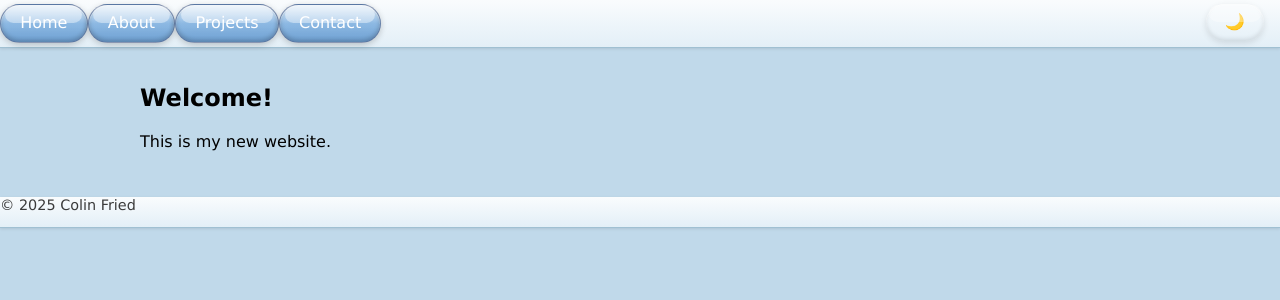
Repository: colinfdsaui/colin
Page: website.html
The author's editor kept a copy of each file at every save. The page is drawn from the files as they stood at one save, then again after the next save.
The browser window is 1280 px wide. The pictures show the whole page.

Above is the page before, as saved 2025-07-09 09:37:00.

### website.html
<!DOCTYPE html>
<html lang="en">
<head>
  <meta charset="UTF-8"/>
  <meta name="viewport" content="width=device-width, initial-scale=1.0"/>
  <title>My Website</title>

  <!-- Styles -->
  <link rel="stylesheet" href="styles.css"/>

  <!-- Site JS (deferred) -->
  <script src="scripts/main.js" defer></script>

  <!-- Global MathJax config -->
  <script>
    window.MathJax = {
      tex: {
        inlineMath: [['$', '$'], ['\\(', '\\)']],
        displayMath: [['\\[', '\\]'], ['$$', '$$']],
        processEscapes: true
      },
      svg: { fontCache: 'global' }
    };
  </script>
  <!-- Load MathJax v3 -->
  <script src="https://cdn.jsdelivr.net/npm/mathjax@3/es5/tex-svg.js" defer></script>
</head>

<body>
  <!-- Header / Nav -->
  <header>
    <nav>
        <ul class="nav-links">
            <li><a class="active" href="website.html">Home</a></li>
            <li><a href="about.html">About</a></li>
            <li><a href="projects.html">Projects</a></li>
            <li><a href="test.html">Contact</a></li>
        </ul>
        <button id="theme-toggle" aria-label="Toggle dark mode">🌙</button>
    </nav>
</header>

  <!-- Main Content -->
  <main>
    <section id="hero">
      <h2>Welcome!</h2>
      <p>This is my new website.</p>
    </section>
  </main>

  <!-- Footer -->
  <footer>
    <p>© 2025 Colin Fried</p>
  </footer>
</body>
</html>

### styles.css
/* ====================
   Global & layout
   ==================== */

/* 1) Define your palette once, at the top of your main stylesheet */
/* ─── Light (default) ───────────────────────────────────────────────────────── */
:root {
  --color-bg-primary:      #c0d9ea;
  --color-bg-secondary:    #e3eff7;
  --color-bg-highlight:    #fffffd;
  --color-accent:          #8db9e3;
  --color-accent-dark:     #6b8cb4;
  --color-text-primary:    #000000;
  --color-text-secondary:  #3b3b3b;
  --color-text-inverse:    #ffffff;
  --color-border:          #a0c0d2;
  --color-shadow:          rgba(0,0,0,0.1);
  --btn-grad-top:       rgba(255,255,255,0.8);  /* glossy highlight */
  --btn-grad-mid:       rgba(141,185,227,0.9);  /* mid‑tone Aqua */
  --btn-grad-bottom:    rgba(110,160,210,1);    /* deeper base */
  /* lighter highlight shadow */
  --color-shadow-light:  rgba(255,255,255,0.6);
  /* darker inset on hover */
  --color-shadow-hover:  rgba(0,0,0,0.3);
  /* darker inset on active */
  --color-shadow-active: rgba(0,0,0,0.2);
}

/* ─── Dark theme overrides ──────────────────────────────────────────────────── */
html[data-theme="dark"] {
  /* Deep “ocean” base */
  --color-bg-primary:      #1f2933;   /* midnight‑blue with teal hint */
  /* Slightly lighter panels & surfaces */
  --color-bg-secondary:    #273645;
  --color-bg-highlight:    #2e3d55;   /* subtle lift for cards/panels */

  /* Aqua‐accent pops */
  --color-accent:          #3fa9f5;   /* sky‑blue */
  --color-accent-dark:     #1e70c7;   /* rich sapphire */

  /* Text tones */
  --color-text-primary:    #d7e7f1;   /* pale ice */
  --color-text-secondary:  #9cb4cc;   /* muted steel blue */
  --color-text-inverse:    #000000;   /* for accent on bright buttons */

  /* Borders & dividers */
  --color-border:          #3a4a5f;   /* faded charcoal */

  /* Shadows */
  --color-shadow:          rgba(0,0,0,0.6); /* deeper shadow for depth */
  --btn-grad-top:       rgba(255,255,255,0.2);  /* subtler highlight */
  --btn-grad-mid:       var(--color-accent);    /* use your dark accent */
  --btn-grad-bottom:    var(--color-accent-dark);
  --color-shadow-light:  rgba(255,255,255,0.3);
  --color-shadow-hover:  rgba(0,0,0,0.5);
  --color-shadow-active: rgba(0,0,0,0.4);
}


#theme-toggle {
  position: fixed;
  top: 0.25rem;
  right: 1rem;
  background: transparent;
  border: none;
  font-size: 1rem;
  cursor: pointer;
  color: var(--color-text-primary);
}

/* ─── Shelf Glow in Dark Mode ─────────────────────────────────────────────── */
html[data-theme="dark"] .shelf::before {
  /* Front face: replace cast shadow with an outward glow */
  box-shadow:
    0 0 8px rgba(63, 169, 245, 0.6),    /* blue halo */
    inset 0 2px 4px rgba(255,255,255,0.2);
}

html[data-theme="dark"] .shelf::after {
  /* Top face: add a soft rim‑light */
  box-shadow:
    0 -2px 4px rgba(63, 169, 245, 0.5),   /* upward glow */
    inset 0 -1px 2px rgba(0,0,0,0.2);
}

/* ─── Book‑item Glow in Dark Mode ─────────────────────────────────────────── */
html[data-theme="dark"] .book-item img {
  /* replace the dark drop‑shadow with a subtle blue glow */
  box-shadow:
    0 0 5px rgba(63,169,245,0.6),   /* ambient glow */
    inset 0 0 6px rgba(63,169,245,0.4); /* soft inner rim‑light */
  transition: box-shadow 0.3s ease, transform 0.2s ease;
}

html[data-theme="dark"] .book-item:hover img {
  /* intensify the glow on hover */
  box-shadow:
    0 0 20px rgba(63,169,245,0.8),
    inset 0 0 8px rgba(63,169,245,0.6);
  transform: scale(1.12) translateY(-4px);
}

body {
  margin:            0;
  padding:           0;
  font-family:       "Lucida Grande", -apple-system, BlinkMacSystemFont, sans-serif;
  background-color:  var(--color-bg-primary);
  color:             var(--color-text-primary);
}

/* Header & Footer with gradient, borders & shadow */
header,
footer {
  background-color:  var(--color-bg-secondary);
  background-image:  linear-gradient(
                       to bottom,
                       rgba(255,255,255,0.8),
                       var(--color-bg-secondary)
                     );
  background-repeat: no-repeat;
  background-size:   cover;
  border-bottom:     1px solid var(--color-border);
  box-shadow:        0 1px 3px var(--color-shadow);
}

nav ul {
  list-style-type: none;
  margin: 0;
  padding: 0;
  display: flex;
  justify-content: left;
}

main {
  padding:    1rem;
  max-width:  1000px;
  margin:     auto;
}

footer {
  font-size:    0.9rem;
  color:        var(--color-text-secondary);
}

/* ====================
   Links as Buttons
   ==================== */

/* Turn every <a> into a button */
a {
  display:          inline-block;
  padding:          0.5em 1em;
  margin:           0.25em 0;
  background-color: var(--color-accent);
  color:            var(--color-text-inverse);
  text-decoration:  none;
  border:           1px solid var(--color-accent-dark);
  border-radius:    4px;
  font-family:      inherit;
  font-size:        1rem;
  line-height:      1.2;
  cursor:           pointer;
  box-shadow:       0 1px 2px var(--color-shadow);
  transition:       background-color 0.2s ease,
                    transform        0.1s ease;
}

/* ====================
   Aqua‑style pill buttons for <a>
   ==================== */
a {
  /* Reset/link basics */
  display:          inline-block;
  position:         relative;      /* for ::before */
  text-decoration:  none;
  color:            var(--color-text-inverse);
  font-family:      inherit;
  font-size:        1rem;
  line-height:      1.5;
  padding:          0.4em 1.2em;   /* taller for pill shape */
  margin:           0.25em 0;

  /* Pill shape + border */
  border-radius:    9999px;
  border:           1px solid rgba(75, 93, 132, 0.6);

  /* Gradient background: top → mid → bottom */
  background-image:
    linear-gradient(
      to bottom,
      rgba(255,255,255,0.8) 0%,       /* bright top */
      rgba(141,185,227,0.9) 50%,      /* mid‑blue */
      rgba(110,160,210,1) 100%        /* darker bottom */
    );

  /* Depth: inner shadow + outer glow */
  box-shadow:
    inset 0 1px 1px rgba(255,255,255,0.6),   /* light inner highlight */
    inset 0 -2px 4px rgba(0,0,0,0.2),        /* dark inner shadow */
    0 2px 6px rgba(0,0,0,0.2);               /* outer drop shadow */

  cursor:           pointer;
  transition:       transform 0.1s ease,
                    box-shadow 0.2s ease;
}

/* the glossy “shine” stripe */
a::before {
  content: "";
  position: absolute;
  top:    4%;
  left:   5%;
  width:  90%;
  height: 45%;
  border-radius: inherit;
  background: rgba(255, 255, 255, 0.4);
}

/* hover / focus lift */
a:hover,
a:focus {
  transform: translateY(-1px);
  box-shadow:
    inset 0 1px 1px rgba(255,255,255,0.6),
    inset 0 -2px 4px rgba(0,0,0,0.3),
    0 4px 8px rgba(0,0,0,0.25);
}

/* active (pressed‑in) state */
a:active {
  transform: translateY(0);
  box-shadow:
    inset 0 1px 2px rgba(0,0,0,0.2),
    0 1px 3px rgba(0,0,0,0.15);
}

/* ====================
   Global Button Styles (apply to every <button>)
   ==================== */
button {
  background-image:
    linear-gradient(
      to bottom,
      var(--btn-grad-top)    0%,
      var(--btn-grad-mid)    50%,
      var(--btn-grad-bottom) 100%
    );
  color:            var(--color-text-inverse);
  border:           1px solid var(--color-accent-dark);
  border-radius:    9999px;
  padding:          0.4em 1.2em;
  font-family:      inherit;
  font-size:        1rem;
  line-height:      1.5;
  cursor:           pointer;
  position:         relative;
  box-shadow:
    inset 0 1px 1px var(--color-shadow-light),
    inset 0 -2px 4px var(--color-shadow),
    0 2px 6px var(--color-shadow);
  transition:       transform 0.1s ease, box-shadow 0.2s ease;
}

button::before {
  content: "";
  position: absolute;
  top:    4%;
  left:   5%;
  width:  90%;
  height: 45%;
  border-radius: inherit;
  background:       var(--btn-grad-top);
  opacity:          0.4;
}

button:hover,
button:focus {
  transform: translateY(-1px);
  box-shadow:
    inset 0 1px 1px var(--color-shadow-light),
    inset 0 -2px 4px var(--color-shadow-hover),
    0 4px 8px var(--color-shadow);
}

button:active {
  transform: translateY(0);
  box-shadow:
    inset 0 1px 2px var(--color-shadow-active),
    0 1px 3px var(--color-shadow);
}

.panel {
  background-color: var(--color-bg-highlight);
  border:           1px solid var(--color-border);
  padding:          1em;
  border-radius:    6px;
}

/* ====================
   Flipbook container (existing)
   ==================== */
#flipbook,
#flipbook-wrapper {
  width:       800px;
  height:      600px;
  margin:      2rem auto;
  overflow:    hidden;
  background:  var(--color-bg-primary);
  border:      1px solid var(--color-border);
  box-shadow:  0 2px 4px var(--color-shadow);
}

/* scoped only to that instance */
#flipbook-wrapper.custom-bg #flipbook {
  background: url("pages/dust_jacket_front.png");
  background-size: contain;
}


#flipbook .page {
  width:         50%;
  height:        100%;
  float:         left;
  overflow:      hidden;
  background:    var(--color-bg-highlight);
  border-right:  1px solid var(--color-border);
  border: 1px solid rgba(0, 0, 0, 0.05); /* soft edge */
}

#flipbook .page.dummy {
  background: empty;
  pointer-events: none;
}

#flipbook .page img {
  width:       100%;
  height:      100%;
  object-fit:  scale;
  transition:  transform 0.3s ease;
}

/* Zoomed page image */
#flipbook .page img.zoomed {
  transform: scale(2);
  cursor:    zoom-out;
}

/* Full-screen zoom modal */
#zoom-modal {
  display:         none;
  position:        fixed;
  inset:           0;
  background:      rgba(0, 0, 0, 0.8);
  z-index:         9999;
  align-items:     center;
  justify-content: center;
  overflow:        auto;
}

#zoom-modal img {
  width:       150%;
  height:      150%;
  transform:   translate(-15%);
  object-fit:  contain;
}

.flipbook-controls {
  display:        flex;
  justify-content: center;  /* center items horizontally */
  align-items:    center;    /* center items vertically */
  flex-wrap:      wrap;      /* allow items to wrap onto multiple lines */
  gap:            0.5rem;    /* space between items */
  margin:         1rem 0;    /* optional vertical spacing around the controls */
}

/* Optional: normalize spacing on every direct child (buttons, inputs, labels) */
.flipbook-controls > * {
  margin: 0.25rem;
}

/* ── Shelf Container ───────────────────────────────────────────────────────── */
.shelf {
  position:       relative;
  padding-bottom: 3rem;  /* room for the plank thickness + shadow */
  margin:         2rem 0;
  perspective:    200px; /* optional for subtle depth */
}

/* Front plank face */
.shelf::before {
  content:        "";
  position:       absolute;
  bottom:         0;
  left:           0%;
  width:          101%;
  height:         1.5rem;   /* thickness of the shelf */
  background:     var(--color-accent-dark);
  border-radius:  2.5px 2.5px 6px 6px;
  box-shadow:
    0 2px 4px rgba(0, 0, 0, 0.11),    /* cast shadow below */
    inset 0 2px 4px rgba(255,255,255,0.2); /* light highlight at top edge */
  z-index:        1;
}

/* ── Shelf Plank ───────────────────────────────────────────────────────────── */
.shelf::after {
  content:        "";
  position:       absolute;
  bottom:         1.5rem;  /* sit directly on top of ::before */
  left:           0.5%;
  width:          100%;
  height:         0.5rem;  /* the “lid” thickness */
  background:     linear-gradient(
                    to bottom,
                    rgba(255,255,255,0.6),
                    var(--color-accent)
                  );
  border-radius:  6px 6px 0 0;
  box-shadow:
    inset 0 -1px 2px rgba(0,0,0,0.2); /* subtle inner shadow */
  z-index:        2;
}
/* ── Cover Gallery ─────────────────────────────────────────────────────────── */
.book-grid {
  display:            grid;
  grid-template-columns: repeat(auto-fill, minmax(160px, 1fr));
  gap:                1rem 2rem;
  padding:            2rem;
  justify-items:      center;
  z-index:  1;
}

.book-item {
  display:            flex;
  flex-direction:     column;
  align-items:        center;
  text-decoration:    none;
  color:              var(--color-text-primary);
  transition:         transform 0.2s ease, box-shadow 0.2s ease;
  background:      none !important;
  border:          none !important;
  box-shadow:      none !important;
  padding:         0 !important;
  position:        static !important;  /* neutralize position:relative */
  margin-bottom:  -3rem;     /* pulls the image down onto the shelf */
  transition:     transform 0.2s ease;
}
/* Remove the glossy pseudo‑element */
.book-item::before {
  content:        none !important;
}

.book-item img {
  width:              100%;
  height:             auto;
  max-height:         250px; /* adjust to preference */
  object-fit:         cover;
  border:             1px solid var(--color-border);
  box-shadow:         0 8px 8px rgba(0,0,0,0.1);
  border-radius:      5px;
}

.book-item .book-title {
  margin-top:         0.5rem;
  font-size:          0.9rem;
  text-align:         center;
}

.book-item:hover {
  transform:          translateY(-4px);
  box-shadow:         0 8px 16px rgba(0,0,0,0.15);
  transform: translateY(-4px);
  transform: scale(1.1);
  z-index: 10;
}

### scripts/main.js
// main.js

document.addEventListener('DOMContentLoaded', () => {
  const btn  = document.getElementById('theme-toggle');
  const root = document.documentElement;

  // On load, apply saved theme
  if (localStorage.getItem('theme') === 'dark') {
    root.setAttribute('data-theme', 'dark');
    btn.textContent = '☀️';
  }

  btn.addEventListener('click', () => {
    const isDark = root.getAttribute('data-theme') === 'dark';

    if (isDark) {
      root.removeAttribute('data-theme');
      localStorage.removeItem('theme');
      btn.textContent = '🌙';
    } else {
      root.setAttribute('data-theme', 'dark');
      localStorage.setItem('theme', 'dark');
      btn.textContent = '☀️';
    }
  });
});

After the next save:
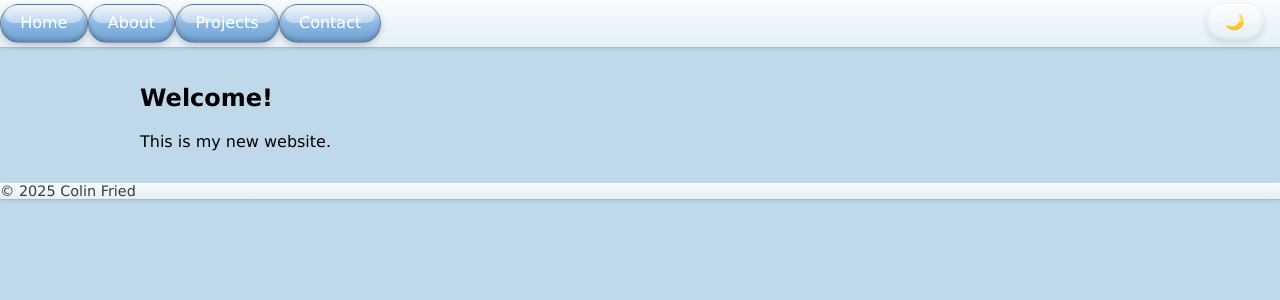
Saved 96 s later.
--- a/website.html
+++ b/website.html
@@ -50,7 +50,7 @@
 
   <!-- Footer -->
   <footer>
-    <p>© 2025 Colin Fried</p>
+    © 2025 Colin Fried
   </footer>
 </body>
 </html>
